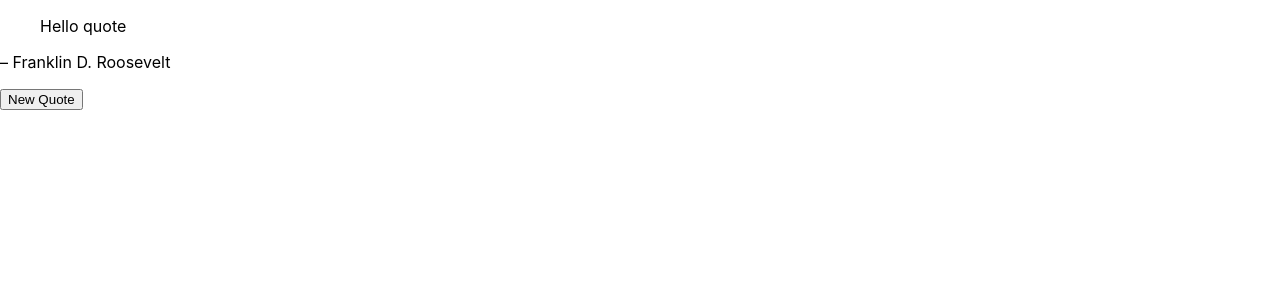
Repository: LuismGil/Random-quote-machine
Page: /
The author's editor kept a copy of each file at every save. The page is drawn from the files as they stood at one save, then again after the next save.
The browser window is 1280 px wide. The pictures show the whole page.
The project was rebuilt for these pictures with package versions that can differ from the ones it lists, and the page was loaded fresh each time.

Above is the page before, as saved 2021-01-26 10:42:06.

### public/index.html
<!DOCTYPE html>
<html lang="en">
  <head>
    <meta charset="utf-8" />
    <link rel="icon" href="%PUBLIC_URL%/favicon.ico" />
    <meta name="viewport" content="width=device-width, initial-scale=1" />
    <meta name="theme-color" content="#000000" />
    <meta
      name="description"
      content="Web site created using create-react-app"
    />
    <link rel="apple-touch-icon" href="%PUBLIC_URL%/logo192.png" />
    <!--
      manifest.json provides metadata used when your web app is installed on a
      user's mobile device or desktop. See https://developers.google.com/web/fundamentals/web-app-manifest/
    -->
    <link rel="manifest" href="%PUBLIC_URL%/manifest.json" />
    <!--
      Notice the use of %PUBLIC_URL% in the tags above.
      It will be replaced with the URL of the `public` folder during the build.
      Only files inside the `public` folder can be referenced from the HTML.

      Unlike "/favicon.ico" or "favicon.ico", "%PUBLIC_URL%/favicon.ico" will
      work correctly both with client-side routing and a non-root public URL.
      Learn how to configure a non-root public URL by running `npm run build`.
    -->
    <link
      href="https://cdn.jsdelivr.net/npm/bootstrap@5.0.0-beta1/dist/css/bootstrap.min.css"
    />
    <title>Random Quote Machine</title>
  </head>
  <body>
    <noscript>You need to enable JavaScript to run this app.</noscript>
    <div id="root"></div>
    <!--
      This HTML file is a template.
      If you open it directly in the browser, you will see an empty page.

      You can add webfonts, meta tags, or analytics to this file.
      The build step will place the bundled scripts into the <body> tag.

      To begin the development, run `npm start` or `yarn start`.
      To create a production bundle, use `npm run build` or `yarn build`.
    -->
  </body>
</html>

### src/index.js
import React, { useState } from 'react';
import ReactDOM from 'react-dom';
import './index.css';
//import App from './App';

const QuoteBox = () => {
  return (
    <div id="quote-box">
      <NewQuote />
    </div>
  );
};

const NewQuote = () => {
  const initialState = {
    Quotes: [
      {
        quote:
          'Our greatest weakness lies in giving up. The most certain way to succeed is always to try just one more time.',
        author: 'Thomas A. Edison',
      },
      {
        quote:
          'You must expect great things of yourself before you can do them.',
        author: 'Michael Jordan',
      },
      {
        quote:
          'Obstacles are necessary for success because in selling, as in all careers of importance, victory comes only after many struggles and countless defeats.',
        author: 'Og Mandino',
      },
      {
        quote:
          'It is during our darkest moments that we must focus to see the light.',
        author: 'Aristotle Onassis',
      },
      {
        quote:
          'We can easily forgive a child who is afraid of the dark; the real tragedy of life is when men are afraid of the light.',
        author: 'Plato',
      },
      {
        quote: 'The only thing we have to fear is fear itself.',
        author: 'Franklin D. Roosevelt',
      },
      {
        quote:
          'Only put off until tomorrow what you are willing to die having left undone.',
        author: 'Pablo Picasso',
      },
      {
        quote:
          'The greater danger for most of us isn’t that our aim is too high and miss it, but that it is too low and we reach it.',
        author: 'Michelangelo',
      },
      {
        quote: 'A goal properly set is halfway reached.',
        author: 'Zig Ziglar',
      },
      {
        quote:
          'Our goals can only be reached through a vehicle of a plan, in which we must fervently believe, and upon which we must vigorously act. There is no other route to success.',
        author: 'Pablo Picasso',
      },
    ],
  };

  const [quoteState, setQuoteState] = useState(initialState);

  return (
    <div>
      <blockquote id="text">Hello quote</blockquote>
      <p id="author"> – Franklin D. Roosevelt</p>
      <div>
        <a id="tweet-quote" href="#">
          <i class="fab fa-twitter-square icon"></i>
        </a>
        <a href="#" role="button">
          <i class="fab fa-tumblr-square icon"></i>
        </a>
        <a href="#">
          <i class="fab fa-reddit-square icon"></i>
        </a>
        <button id="new-quote" type="button" class="btn btn-primary btn-lg">
          New Quote
        </button>
      </div>
    </div>
  );
};

ReactDOM.render(<QuoteBox />, document.getElementById('root'));

Loaded but not shown: src/index.css (common file)

After the next save:
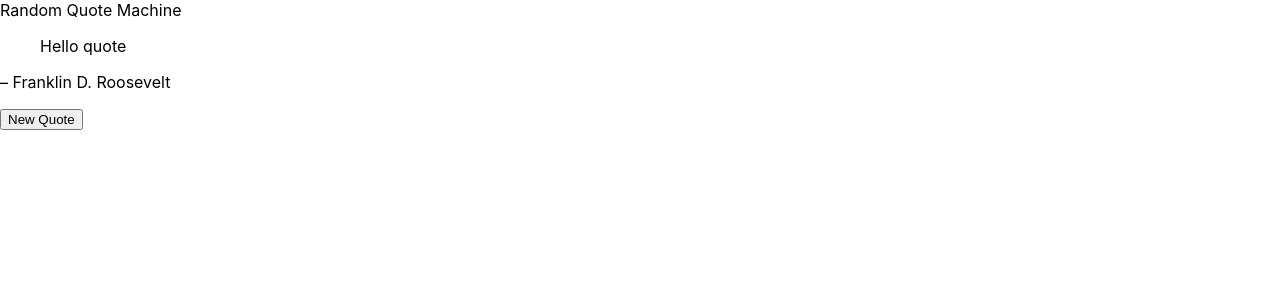
Saved 10 s later.
--- a/public/index.html
+++ b/public/index.html
@@ -27,6 +27,7 @@
     <link
       href="https://cdn.jsdelivr.net/npm/bootstrap@5.0.0-beta1/dist/css/bootstrap.min.css"
     />
+    <link href=""
     <title>Random Quote Machine</title>
   </head>
   <body>

After the save that followed:
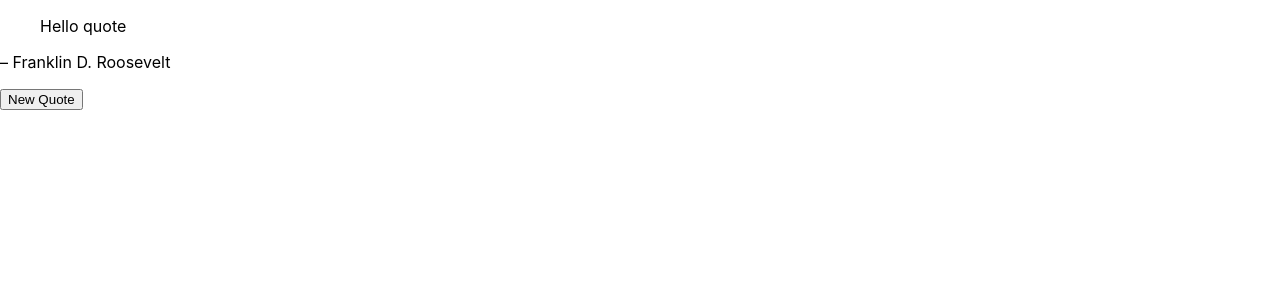
Saved 12 s later.
--- a/public/index.html
+++ b/public/index.html
@@ -27,7 +27,9 @@
     <link
       href="https://cdn.jsdelivr.net/npm/bootstrap@5.0.0-beta1/dist/css/bootstrap.min.css"
     />
-    <link href=""
+    <link
+      href="https://cdnjs.cloudflare.com/ajax/libs/font-awesome/5.15.2/css/all.min.css"
+    />
     <title>Random Quote Machine</title>
   </head>
   <body>
